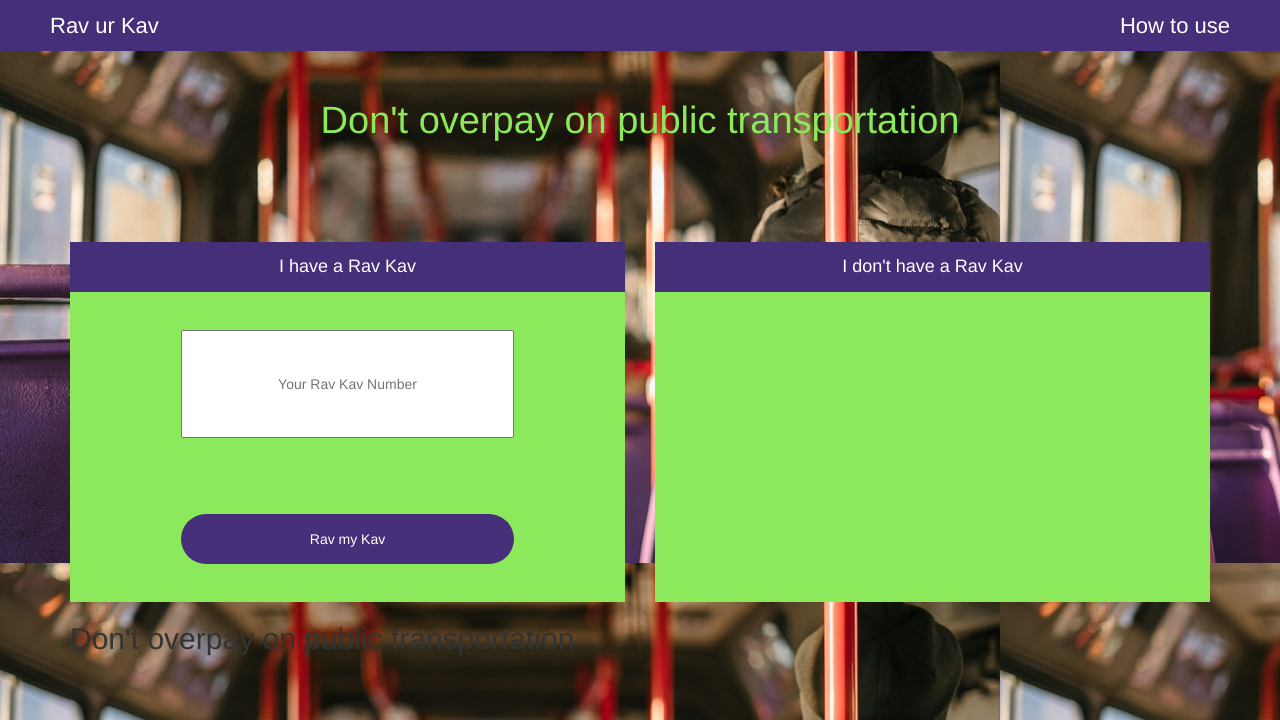
Repository: Louhla/Rav-ur-Kav
Page: index.html
These files come from the project's save history. The page is drawn as it stood at one moment and after a run of saves; the edit follows.
The browser window is 1280 px wide. The pictures show the whole page.

Above is the page before, as saved 2019-07-17 16:23:09.

After the next 2 saves:
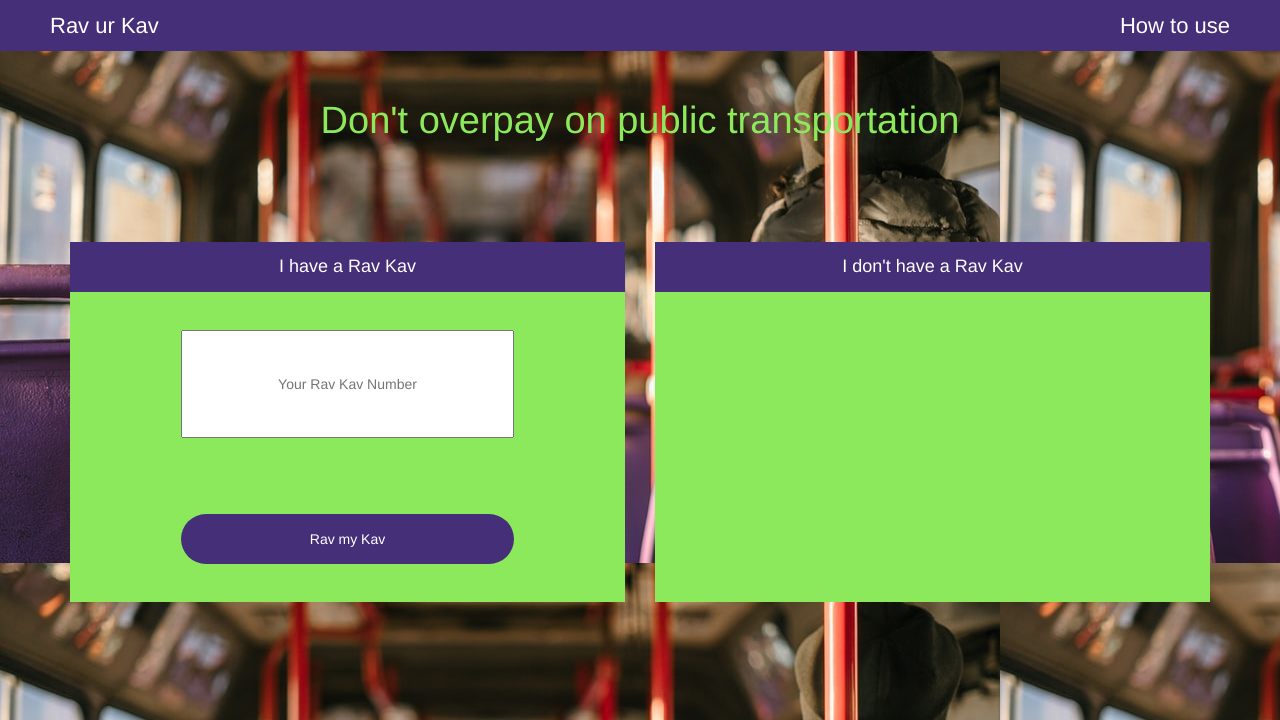
The 2 saves are shown as one change because they came seconds apart.
The last was saved 7 s later.
--- a/index.html
+++ b/index.html
@@ -56,7 +56,7 @@
         </div>
         <div class="row">
                 <div class="col-md-12">
-                    <h2>Don't overpay on public transportation</h1>
+                    <h2></h2>
                 </div>
             </div>
     </div>
